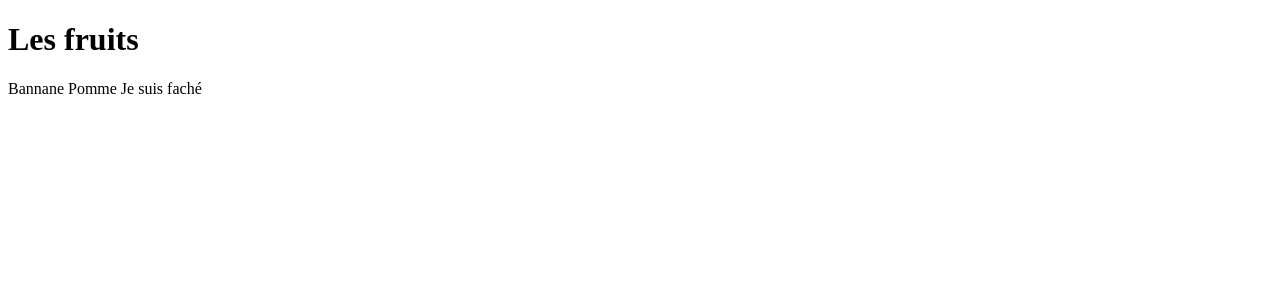
Repository: ThomasMTNB/EclipseJSP-JEE-JSTL
Page: http://localhost/TestServlet/Fruit
The author's editor kept a copy of each file at every save. The page is drawn from the files as they stood at one save, then again after the next save.
The browser window is 1280 px wide. The pictures show the whole page.
The page is served by Tomcat 9.

Above is the page before, as saved 2022-06-29 08:31:28.

### TestServlet/src/main/webapp/WEB-INF/Fruit.jsp
<%@ page language="java" contentType="text/html; charset=ISO-8859-1"
	pageEncoding="ISO-8859-1"%>
<!DOCTYPE html>
<html>
<head>
<meta charset="ISO-8859-1">
<title>Frutz</title>
</head>
<body>
	<h1>Les fruits</h1>

	<p>

	${fruit.get(0)}
	${fruit.get(1)}
	${fruit.get(2)}

	</p>

	<h2>${nom}</h2>

</body>
</html>

### TestServlet/src/main/java/servlet/FruitServlet.java
package servlet;

import java.io.IOException;
import java.lang.reflect.Array;
import java.util.ArrayList;

import javax.servlet.ServletException;
import javax.servlet.annotation.WebServlet;
import javax.servlet.http.HttpServlet;
import javax.servlet.http.HttpServletRequest;
import javax.servlet.http.HttpServletResponse;

/**
 * Servlet implementation class FruitServlet
 */

public class FruitServlet extends HttpServlet {
	private static final long serialVersionUID = 1L;

    /**
     * @see HttpServlet#HttpServlet()
     */
    public FruitServlet() {
        super();
        // TODO Auto-generated constructor stub
    }



    ArrayList <String> ListeFruit = new ArrayList<>();



	/**
	 * @see HttpServlet#doGet(HttpServletRequest request, HttpServletResponse response)
	 */
	protected void doGet(HttpServletRequest request, HttpServletResponse response) throws ServletException, IOException {


		ListeFruit.add("Bannane");
		ListeFruit.add("Pomme");
		ListeFruit.add("Je suis faché");

		request.setAttribute("fruit", ListeFruit);






		String param = request.getParameter("isGood");

		int isGood;
		if (param == null) {
			isGood = 0;
		} else {
			try {

				isGood = Integer.valueOf(param);

			} catch (Exception e) {
				isGood = 0;
			}
		}

		String isItGood;

		if (isGood==0) {
			isItGood="C'est pas bon";
		} else {
			isItGood="C'est bon !";
		}


		request.setAttribute("isGood", isItGood);


		String nom = request.getParameter("Tom");

/*		if (nom == null ) {
			nom = "pas de nom";
		}

		if (nom== "Tom") {
			nom = "bonjours tom";
		}
*/

			request.setAttribute("nom", nom);






		this.getServletContext().getRequestDispatcher("/WEB-INF/Fruit.jsp").forward(request, response);

	}


}


/*
if (request.getParameter("isGood").equals("o")) {
	result = "c'est pas bon"
}
else {
	result = "c'est bon"
}

request.setAttribute("result", result);

*/

After the next save:
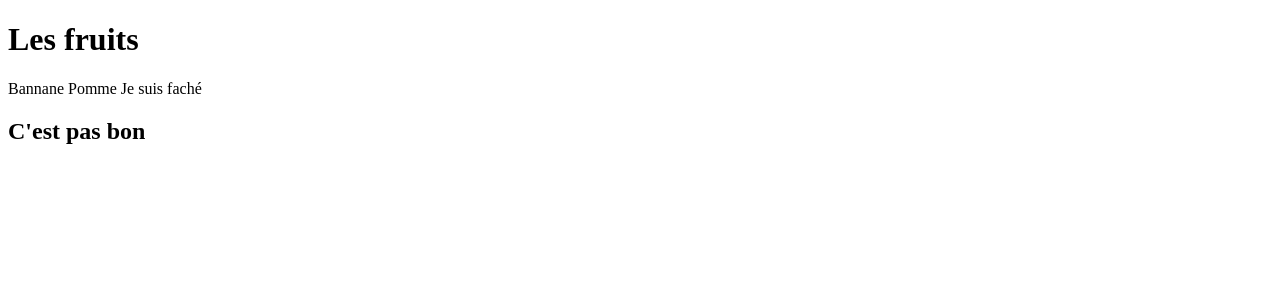
Saved 2 min 55 s later.
--- a/TestServlet/src/main/webapp/WEB-INF/Fruit.jsp
+++ b/TestServlet/src/main/webapp/WEB-INF/Fruit.jsp
@@ -17,6 +17,8 @@
 
 	</p>
 
+	<h2>${isGood}</h2>
+
 	<h2>${nom}</h2>
 
 </body>
